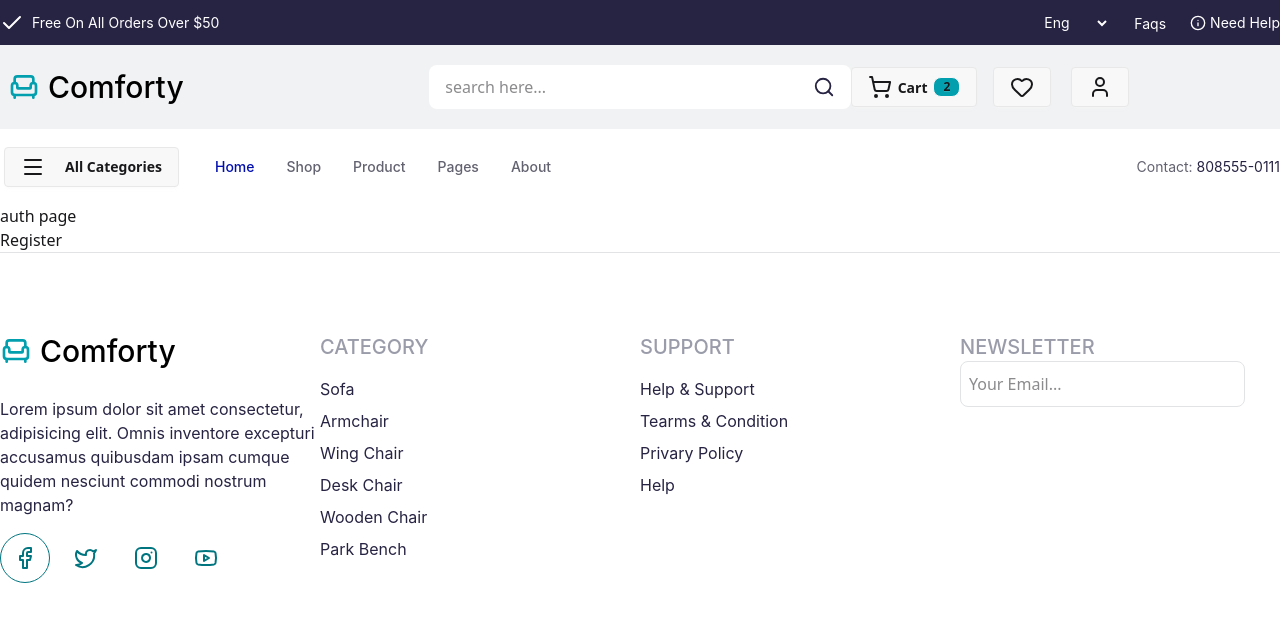
Repository: Neda0o0/store-template-website
Page: /auth/register
These files come from the project's save history. The page is drawn as it stood at one moment and after the next save; the edit follows.
The browser window is 1280 px wide. The pictures show the whole page.
The project was rebuilt for these pictures with package versions that can differ from the ones it lists, and the page was loaded fresh each time. Also part of the build but not shown: vite.config.js, src/components/Banner/Banner.jsx, src/components/Delivery/Delivery.jsx, src/components/Brand/Brand.jsx, src/components/SectionTitle/SectionTitle.jsx, src/components/Features/Features.jsx, src/components/Categories/Categories.jsx, src/components/Product/Product.jsx and 6 more.

Above is the page before, as saved 2025-10-27 17:05:28.

### index.html
<!DOCTYPE html>
<html lang="en">
  <head>
    <meta charset="UTF-8" />
    <link rel="icon" type="image/svg+xml" href="/vite.svg" />
    <meta name="viewport" content="width=device-width, initial-scale=1.0" />
    <title>new-project</title>
  </head>
  <body>
    <div id="root"></div>
    <script type="module" src="/src/main.jsx"></script>
  </body>
</html>

### src/main.jsx
import { StrictMode } from "react";
import { createRoot } from "react-dom/client";
import MainLayout from "./MainLayout/MainLayout";
import "./index.css";

createRoot(document.getElementById("root")).render(
  <StrictMode>
    <MainLayout />
  </StrictMode>
);

### src/MainLayout/MainLayout.jsx
import { BrowserRouter, Route, Routes } from "react-router";
import Navbar from "../components/Navbar/Navbar";
import Home from "../Pages/Home/Home";
import Auth from "../Pages/Auth/Auth";
import Login from "../Pages/Auth/Login/Login";
import Register from "../Pages/Auth/Register/Register";
import Error from "../Pages/Error/Error";
import AuthCheck from "../AuthCheck/AuthCheck";
import Footer from "../components/Footer/Footer";

const MainLayout = () => {
  return (
    <BrowserRouter>
      {/* Navbar */}
      <Navbar />
      <Routes>
        <Route
          path="/"
          element={
            <AuthCheck>
              <Home />
            </AuthCheck>
          }
        />
        <Route path="auth" element={<Auth />}>
          <Route path="login" element={<Login />} />
          <Route path="register" element={<Register />} />
        </Route>
        {/* not found routes */}
        <Route path="*" element={<Error />} />
      </Routes>
      {/* footer component */}
      <Footer />
    </BrowserRouter>
  );
};
export default MainLayout;

### src/index.css
@import "tailwindcss";
@plugin "daisyui";

/* google font inter */
@import url("https://fonts.googleapis.com/css2?family=Inter:ital,opsz,wght@0,14..32,100..900;1,14..32,100..900&display=swap");

@theme {
  --font-inter: "Inter", sans-serif;
}

.banner_slide_item {
  display: flex !important;
  justify-content: space-between;
  align-items: center;
  gap: 7.5rem;
}

.banner_image {
  position: relative;
}
.banner_image::before {
  content: "";
  position: absolute;
  top: 0;
  right: 0;
  max-width: 747px;
  width: 100%;
  min-height: 747px;
  height: 100%;
  background-color: #e1e3e5;
  border-radius: 100%;
  z-index: -1;
}
.slider_container > .slick-slider > .slick-prev,
.slider_container > .slick-slider > .slick-next {
  z-index: 5 !important;
}
.slick-prev {
  left: -40px;
}
.slick-next {
  right: 0.25px;
}
.slider_container > .slick-slider > .slick-prev:before,
.slider_container > .slick-slider > .slick-next:before {
  font-family: "slick";
  font-size: 50px !important;
  line-height: 1;
  opacity: 0.75;
  color: #007580 !important;
  -webkit-font-smoothing: antialiased;
  -moz-osx-font-smoothing: grayscale;
}
.slider_container > .slick-slider > .slick-dots {
  position: absolute;
  bottom: 100px !important;
  display: block;
  width: 100%;
  padding: 0;
  margin: 0;
  list-style: none;
  text-align: center;
}
.slider_container > .slick-slider > .slick-dots li button:before {
  font-family: "slick";
  font-size: 22px !important;
  line-height: 20px;
  position: absolute;
  top: 0;
  left: 0;
  width: 20px;
  height: 20px;
  text-align: center;
  opacity: 0.25;
  color: black;
  -webkit-font-smoothing: antialiased;
  -moz-osx-font-smoothing: grayscale;
}
.slider_container
  > .slick-slider
  > .slick-dots
  > li.slick-active
  button:before {
  color: #007580 !important;
}
.delivery_component {
  margin-top: -4rem;
  position: relative;
  z-index: 5;
}

.features_slider
  > .slick-slider
  > .slick-prev:before
  > .features_slider
  > .slick-slider
  > .slick-next:before {
  font-size: 39px !important;
  color: #007580;
}

.client_say_description {
  position: relative;
}
.client_say_description::before {
  position: absolute;
  content: "";
  top: 0;
  left: -27px;
  width: 3px;
  height: 100%;
  background-color: #007580;
}

### src/components/Navbar/Navbar.jsx
import {
  Armchair,
  Check,
  Info,
  Search,
  ShoppingCart,
  Heart,
  User,
  Menu,
} from "lucide-react";
import { Link, NavLink } from "react-router-dom";

const Navbar = () => {
  return (
    <div>
      {/* navbar top */}
      <div className="navbar_top flex items-center justify-center bg-[#272343] w-full h-[45px]">
        <div className="lg:container flex justify-between items-center">
          <p className="flex items-center gap-2 text-sm font-inter font-normal text-white capitalize">
            <Check />
            Free on all orders over $50
          </p>
          <div className="navbar_top_right flex items-center gap-6">
            <select
              defaultValue="Server location"
              className=" bg-none h-[30px] w-[70px] text-sm font-inter font-normal capitalize text-white"
            >
              <option>Eng</option>
              <option>Farsi</option>
            </select>
            <button>
              <Link className="text-sm text-white font-inter font-normal capitalize ">
                Faqs
              </Link>
            </button>
            <button>
              <Link className="flex items-center gap-1 text-sm  text-white font-inter font-normal capitalize">
                <Info size={16} />
                Need help
              </Link>
            </button>
          </div>
        </div>
      </div>
      {/* navbar middle */}
      <div className="navbar middle flex items-center justify-center bg-[#f0f2f3] w-full h-[84px]">
        <div className="lg:container grid grid-cols-3 items-center">
          <div className="logo_wrapper">
            <Link
              to="/"
              className="text-3xl text-black font-inter font-medium capitalize flex items-center gap-2"
            >
              <Armchair size="2rem" color="#029fae" /> Comforty
            </Link>
          </div>
          <div className="search_box">
            <form action="#" className="max-w-[443px] h-[44px] relative">
              <input
                type="text"
                placeholder="search here..."
                className=" max-w-[443px] w-full h-full bg-white rounded-lg pl-4 "
              />
              <button className="absolute to-50% right-4 translate-y-1/2">
                <Search size="22px" color="#272343" />
              </button>
            </form>
          </div>
          {/* navbar middle right */}
          <div className="navbar_middle_right flex items-center gap-4">
            <button className="btn capitalize">
              <ShoppingCart /> cart
              <div className="badge badge-sm bg-[#029fae]">2</div>
            </button>
            <button className="btn capitalize">
              <Heart />
            </button>

            <div className="dropdown">
              <div tabIndex={0} role="button" className="btn m-1">
                <User />
              </div>
              <ul
                tabIndex="-1"
                className="dropdown-content menu bg-base-100 rounded-box z-1 w-52 p-2 shadow-sm"
              >
                <li>
                  <Link>Account</Link>
                </li>
                <li>
                  <Link>Logout</Link>
                </li>
              </ul>
            </div>
          </div>
        </div>
      </div>

      {/* navbar bottom */}
      <div className="navbar_bottom flex items-center justify-center w-full h-[75px] bg-white border-[#ele3e5]">
        <div className="lg:container flex items-center justify-between">
          <div className="navbar_bottom_left flex items-center gap-8">
            <div className="dropdown dropdown-start">
              <div
                tabIndex={0}
                role="button"
                className="btn m-1 flex items-center gap-5 capitalize"
              >
                <Menu /> all categories
              </div>
              <ul
                tabIndex="-1"
                className="dropdown-content menu bg-base-100 rounded-box z-1 w-52 p-2 shadow-sm"
              >
                <li>
                  <a>Chair</a>
                </li>
                <li>
                  <a>Pant</a>
                </li>
                <li>
                  <a>Shirt</a>
                </li>
                <li>
                  <a>T-shirt</a>
                </li>
              </ul>
            </div>
            <nav className="flex items-center gap-8">
              <NavLink
                to="/"
                className="text-sm text-[#020fae] font-inter font-medium capitalize"
              >
                Home
              </NavLink>
              <NavLink className="text-sm text-[#636270] font-inter font-medium capitalize">
                shop
              </NavLink>
              <NavLink className="text-sm text-[#636270] font-inter font-medium capitalize">
                product
              </NavLink>
              <NavLink className="text-sm text-[#636270] font-inter font-medium capitalize">
                pages
              </NavLink>
              <NavLink className="text-sm text-[#636270] font-inter font-medium capitalize">
                about
              </NavLink>
            </nav>
          </div>

          <div className="navbar_bottom_right">
            <p className="text-sm text-[#636270] font-inter font-normal capitalize">
              contact: <span className="text-[#272343]">{808}555-0111</span>
            </p>
          </div>
        </div>
      </div>
    </div>
  );
};
export default Navbar;

### src/Pages/Auth/Auth.jsx
import { Outlet } from "react-router";

const Auth = () => {
  return (
    <div>
      auth page
      <Outlet />
    </div>
  );
};
export default Auth;

### src/Pages/Auth/Register/Register.jsx
const Register = () => {
  return <div> Register </div>;
};
export default Register;

### src/components/Footer/Footer.jsx
import { Armchair, Facebook, Instagram, Twitter, Youtube } from "lucide-react";
import { Link } from "react-router";

const Footer = () => {
  return (
    <footer>
      <div className="footer_top"></div>
      <div className="footer_bottom mx-h-[343px] w-full border-t border-[#e1e3e5] pt-[80px] pb-[60px]">
        <div className="lg:container mx-auto">
          <div className="grid grid-cols-4">
            <div>
              {/* logo wrapper */}
              <div className="logo_wrapper mb-7">
                <Link
                  to="/"
                  className="text-3xl text-black font-inter font-medium capitalize flex items-center gap-2"
                >
                  <Armchair size="2rem" color="#029fae" /> Comforty
                </Link>
              </div>

              <p className="text-base text-[#272343] font-inter font-normal mb-4 max-w-[350px]">
                Lorem ipsum dolor sit amet consectetur, adipisicing elit. Omnis
                inventore excepturi accusamus quibusdam ipsam cumque quidem
                nesciunt commodi nostrum magnam?
              </p>
              <div className="footer_social flex items-center gap-3">
                <Link className="p-3 rounded-full border-[#007580] inline-block border-[1px]">
                  <Facebook size="1.5rem" color="#007580" />
                </Link>
                <Link className="p-3 inline-block">
                  <Twitter size="1.5rem" color="#007580" />
                </Link>
                <Link className="p-3 inline-block">
                  <Instagram size="1.5rem" color="#007580" />
                </Link>
                <Link className="p-3 inline-block">
                  <Youtube size="1.5rem" color="#007580" />
                </Link>
              </div>
            </div>

            <div className="footer_wrapper">
              <h3 className="text-xl text-[#9a9caa] font-inter font-medium capitalize uppercase">
                category
              </h3>
              <ul className="space-y-2 mt-4">
                <li>
                  <Link className="text-base text-[#272343] font-inter font-normal capitalize">
                    sofa
                  </Link>
                </li>
                <li>
                  <Link className="text-base text-[#272343] font-inter font-normal capitalize">
                    armchair
                  </Link>
                </li>
                <li>
                  <Link className="text-base text-[#272343] font-inter font-normal capitalize">
                    wing chair
                  </Link>
                </li>
                <li>
                  <Link className="text-base text-[#272343] font-inter font-normal capitalize">
                    desk chair
                  </Link>
                </li>
                <li>
                  <Link className="text-base text-[#272343] font-inter font-normal capitalize">
                    wooden chair
                  </Link>
                </li>
                <li>
                  <Link className="text-base text-[#272343] font-inter font-normal capitalize">
                    park bench
                  </Link>
                </li>
              </ul>
            </div>
            <div className="footer_wrapper">
              <h3 className="text-xl text-[#9a9caa] font-inter font-medium uppercase">
                support
              </h3>
              <ul className="space-y-2 mt-4">
                <li>
                  <Link className="text-base text-[#272343] font-inter font-normal capitalize">
                    help & support
                  </Link>
                </li>
                <li>
                  <Link className="text-base text-[#272343] font-inter font-normal capitalize">
                    tearms & condition
                  </Link>
                </li>
                <li>
                  <Link className="text-base text-[#272343] font-inter font-normal capitalize">
                    privary policy
                  </Link>
                </li>
                <li>
                  <Link className="text-base text-[#272343] font-inter font-normal capitalize">
                    help
                  </Link>
                </li>
              </ul>
            </div>
            <div className="newsletter">
              <h3 className="text-xl text-[#9a9caa] font-inter font-medium uppercase">
                newsletter
              </h3>
              <form action="#" className="gap-2 max-w-[424px] w-full">
                <input
                  type="email"
                  placeholder="Your Email..."
                  className="max-w-[285px] pl-2 w-full border-[#e1e3e5] border-[1px] rounded-lg h-[46px]"
                />
                <button
                  type="submit"
                  className="text-base text-white font-semibold capitalize"
                >
                  Subscribe
                </button>
              </form>
            </div>
          </div>
        </div>
      </div>
    </footer>
  );
};
export default Footer;

After the next save:
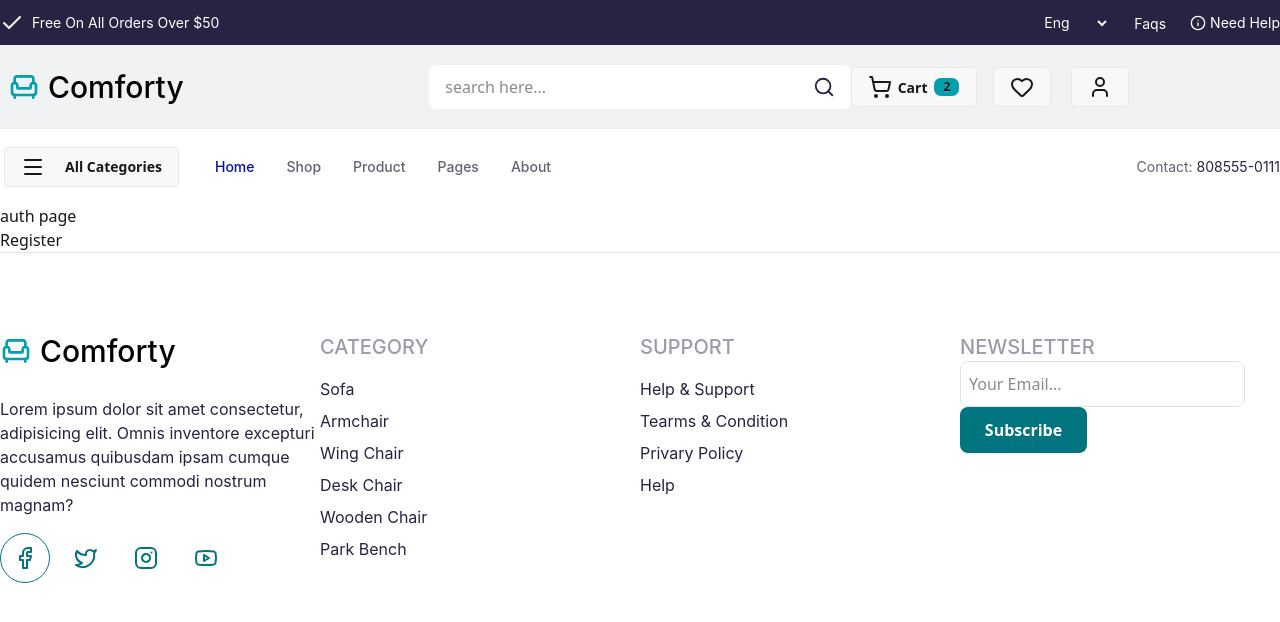
Saved 55 s later.
--- a/src/components/Footer/Footer.jsx
+++ b/src/components/Footer/Footer.jsx
@@ -116,7 +116,7 @@ const Footer = () => {
                 />
                 <button
                   type="submit"
-                  className="text-base text-white font-semibold capitalize"
+                  className="text-base text-white font-semibold capitalize w-[127px] h-[46px] bg-[#007580] rounded-lg"
                 >
                   Subscribe
                 </button>
